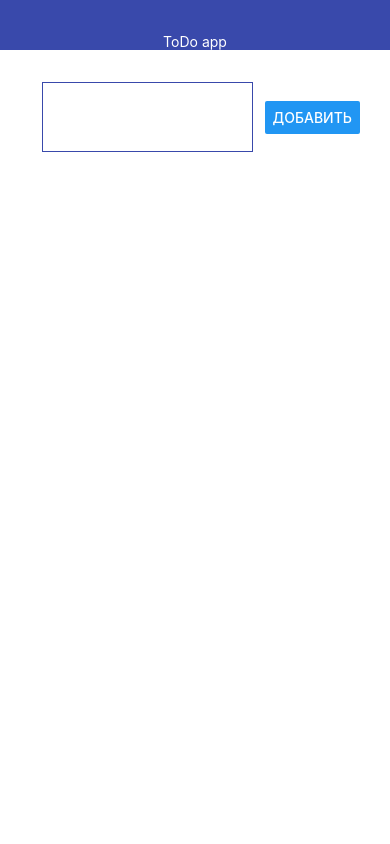
Repository: saint-fons/React-Native-Expo-TypeScript-Hooks
Screen: /
The author's editor kept a copy of each file at every save. The screen is drawn from the files as they stood at one save, then again after the next save.
The app was drawn by React Native's web renderer in a window 390 px wide. The project was rebuilt for these pictures with package versions that can differ from the ones it lists, and the page was loaded fresh each time. Also part of the build but not shown: components/Todo.tsx.

Above is the screen before, as saved 2021-07-27 12:54:46.

After the next save:
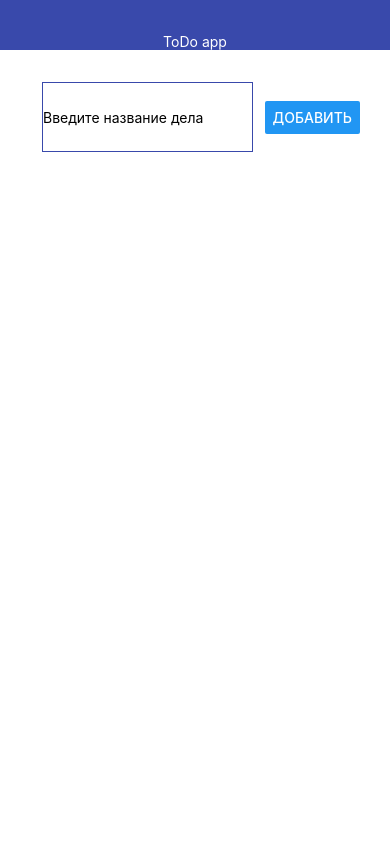
Saved 25 s later.
--- a/components/AddTodo.tsx
+++ b/components/AddTodo.tsx
@@ -15,6 +15,7 @@ const [value, setValue] = useState<any>('')
                 style={styles.input}
                 onChange={text => setValue(text)}
                 value={value}
+                placeholder={"Введите название дела"}
             />
             <Button
                 title='Добавить'
